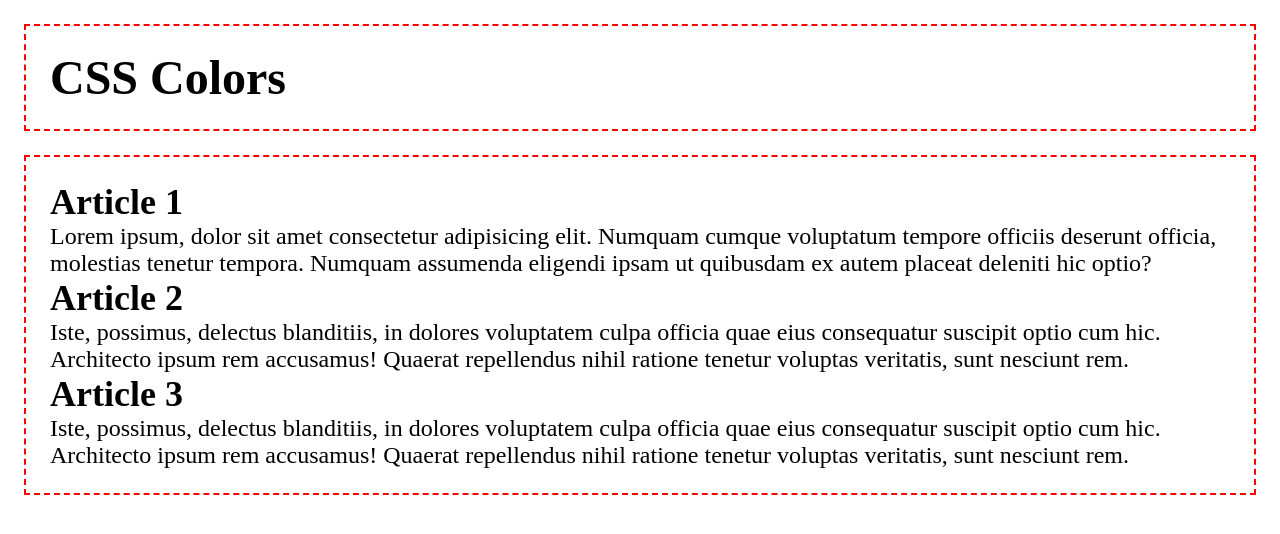
Repository: madhurik9999/Css
Page: index.html
These files come from the project's save history. The page is drawn as it stood at one moment and after the next save; the edit follows.
The browser window is 1280 px wide. The pictures show the whole page.

Above is the page before, as saved 2023-12-09 12:06:07.

### index.html
<!DOCTYPE html>
<html lang="en">

<head>
    <meta charset="UTF-8">
    <meta http-equiv="X-UA-Compatible" content="IE=edge">
    <meta name="viewport" content="width=device-width, initial-scale=1.0">
    <title>Document</title>
    <link rel="stylesheet" href="styles/style.css">
</head>

<body>
    <header class="container">
        <h1>CSS Colors</h1>
    </header>
    <main class="container">
        <article>
            <h2>Article 1</h2>
            <p class="gray">Lorem ipsum, dolor sit amet consectetur adipisicing elit. Numquam cumque voluptatum tempore
                officiis
                deserunt
                officia, molestias tenetur tempora. Numquam assumenda eligendi ipsam ut quibusdam ex autem placeat
                deleniti
                hic optio?</p>
        </article>
        <article>
            <h2>Article 2</h2>
            <p class="two">Iste, possimus, delectus blanditiis, in dolores voluptatem culpa officia quae
                eius
                consequatur
                suscipit optio
                cum hic. Architecto ipsum rem accusamus! Quaerat repellendus <span class="highlight">nihil</span>
                ratione tenetur voluptas
                veritatis,
                sunt
                nesciunt rem.</p>
        </article>
        <article>
            <h2>Article 3</h2>
            <p class="three">Iste, possimus, delectus blanditiis, in dolores voluptatem culpa officia quae eius
                consequatur
                suscipit optio
                cum hic. Architecto <span class="highlight">ipsum</span> rem accusamus! Quaerat repellendus nihil
                ratione tenetur voluptas
                veritatis,
                sunt
                nesciunt rem.</p>
        </article>
    </main>
</body>

</html>

### styles/style.css
/* Selectors */
/* html {
    font-size: 22px;
}

body {
    font-size: 22px;
}

main {
    font-family: monospace;
}

button,
input,
textarea,
select {
    font: inherit;
}

p {
    color: purple;
}

.highlight {
    text-transform: uppercase;
    background-color: gold;
}

.gray {
    color: grey;
}

#second {
    font-style: italic;
} */

/* Colors */
/* body {
    font-size: 22px;
    font-family: Arial, Helvetica, sans-serif;
    line-height: 1.5;
    background: papayawhip;
    color: rgb(255, 0, 0);
}

p {
    color: #ff00ffd2;
} */

/* Css Units & Sizes */
/* * {
    margin: 0;
    padding: 0;
    box-sizing: border-box;
}

body {
    width: 100%;
    height: 100vh;
}

h1 {
    border: 2px dashed red;
    width: 50%;
    font-size: 3rem;
    padding: 0.5em;
}

main {
    font-size: 2rem;
}

p {
    font-size: 2rem;
} */

/* CSS BOX MODEL */
/* * {
    margin: 0;
    padding: 0;
    box-sizing: border-box;
}

h1 {
    border: 2px dashed red;
    width: 400px;
    font-size: 3rem;
    padding: 0.5em;
} */

/* /Box Modal */
* {
    margin: 0;
    padding: 0;
    box-sizing: border-box;
}

.container {
    border: 2px dashed red;
    font-size: 1.5rem;
    margin: 1.5rem;
    padding: 1.5rem;
}

After the next save:
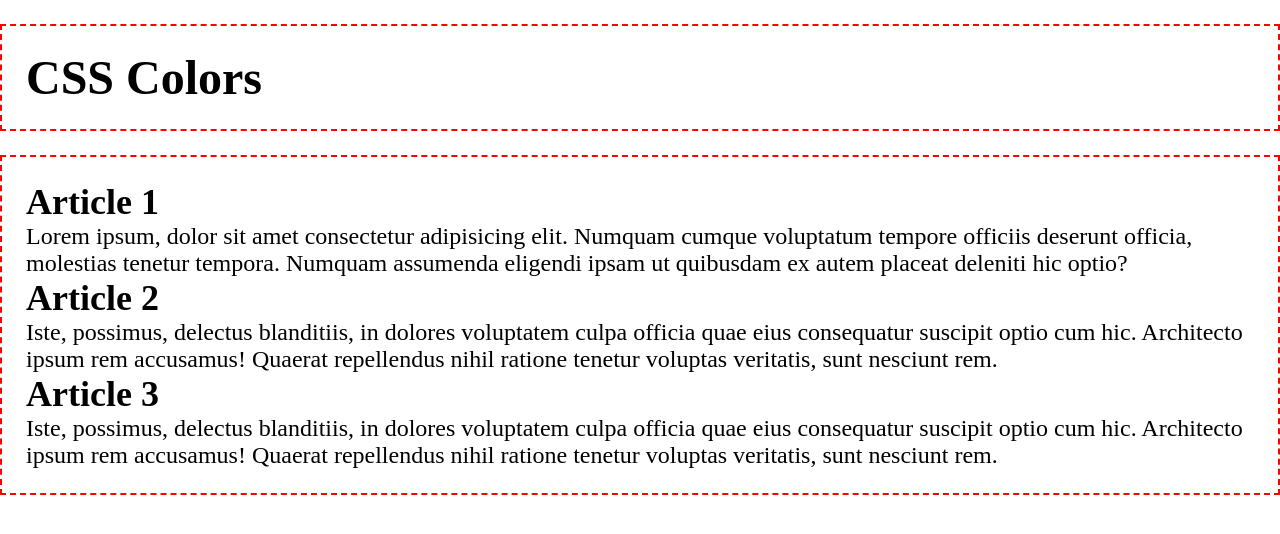
Saved 57 s later.
--- a/styles/style.css
+++ b/styles/style.css
@@ -99,6 +99,6 @@ h1 {
 .container {
     border: 2px dashed red;
     font-size: 1.5rem;
-    margin: 1.5rem;
+    margin-top: 1.5rem;
     padding: 1.5rem;
 }
